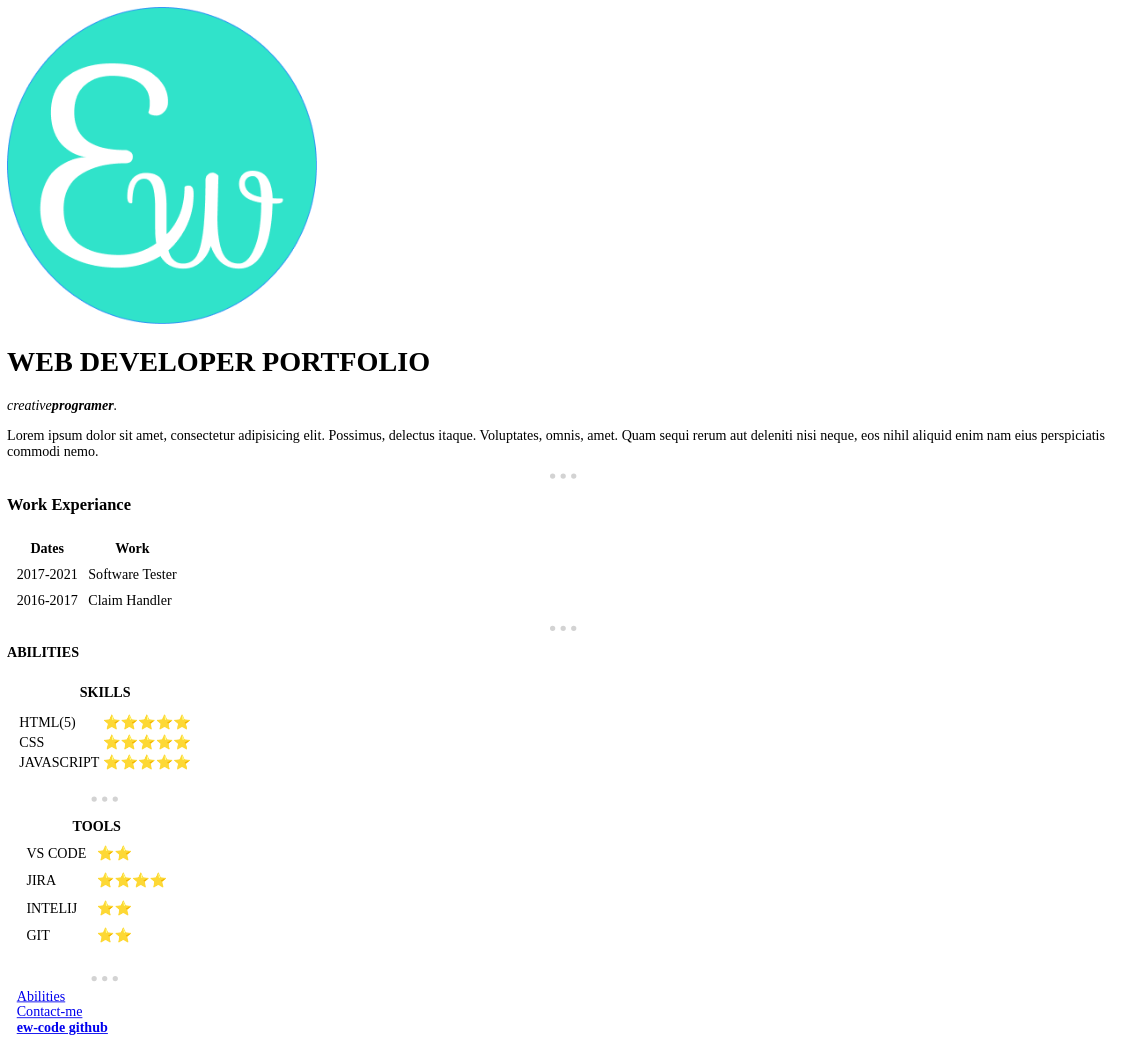
Repository: ew-code/Web-Development
Page: HTML - Personal Site/index.html
The author's editor kept a copy of each file at every save. The page is drawn from the files as they stood at one save, then again after a run of saves.
The browser window is 1280 px wide. The pictures show the whole page, at 88% of full size.

Above is the page before, as saved 2021-01-06 21:27:08.

After the next 3 saves:
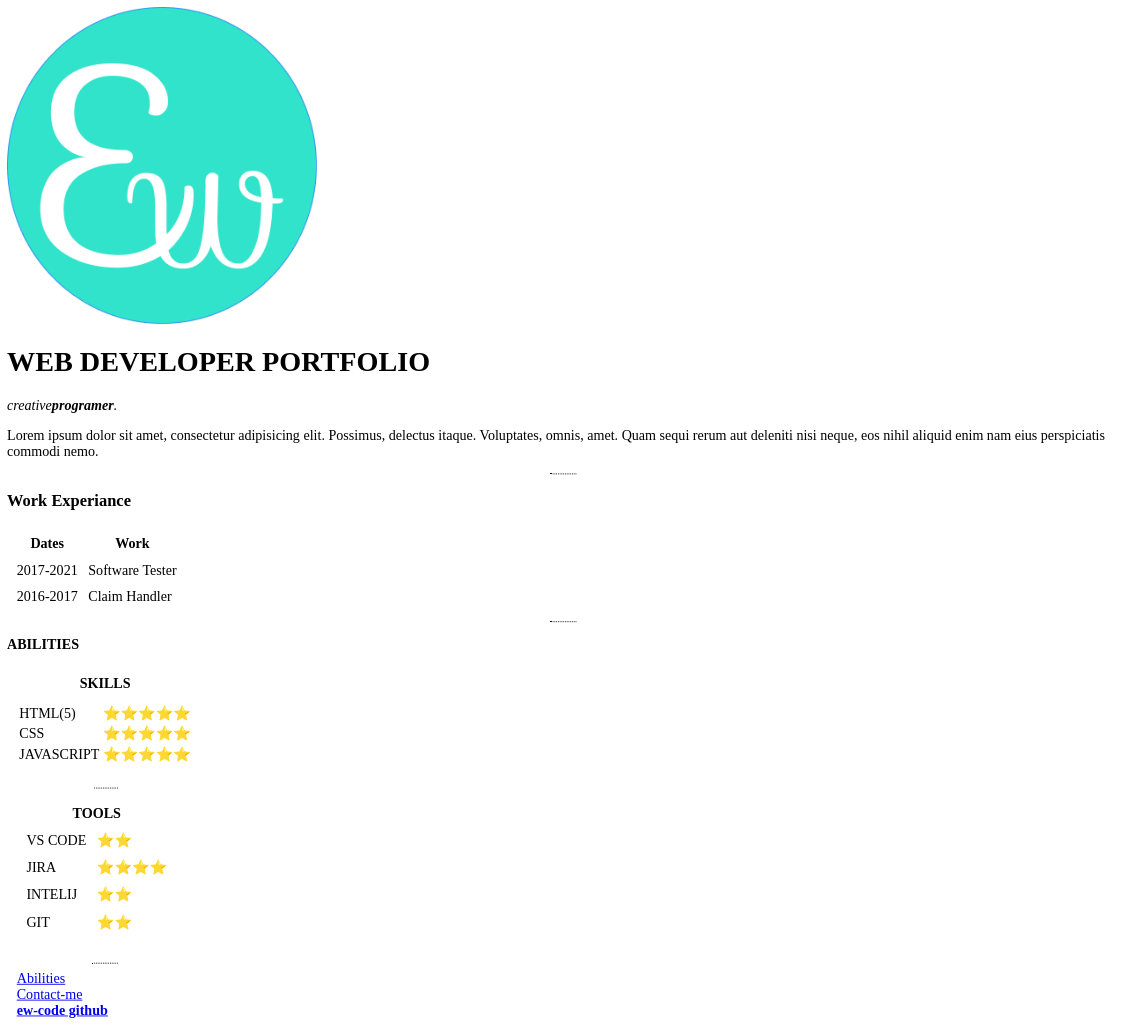
The 3 saves are shown as one change because they came seconds apart.
The last was saved 8 s later.
--- a/HTML - Personal Site/index.html
+++ b/HTML - Personal Site/index.html
@@ -8,7 +8,7 @@
    }
 
    hr {
-    align-content: center;
+    align
     border-top: 6px dotted lightgray;
     width: 30px;
     border-style: none;

After the save that followed:
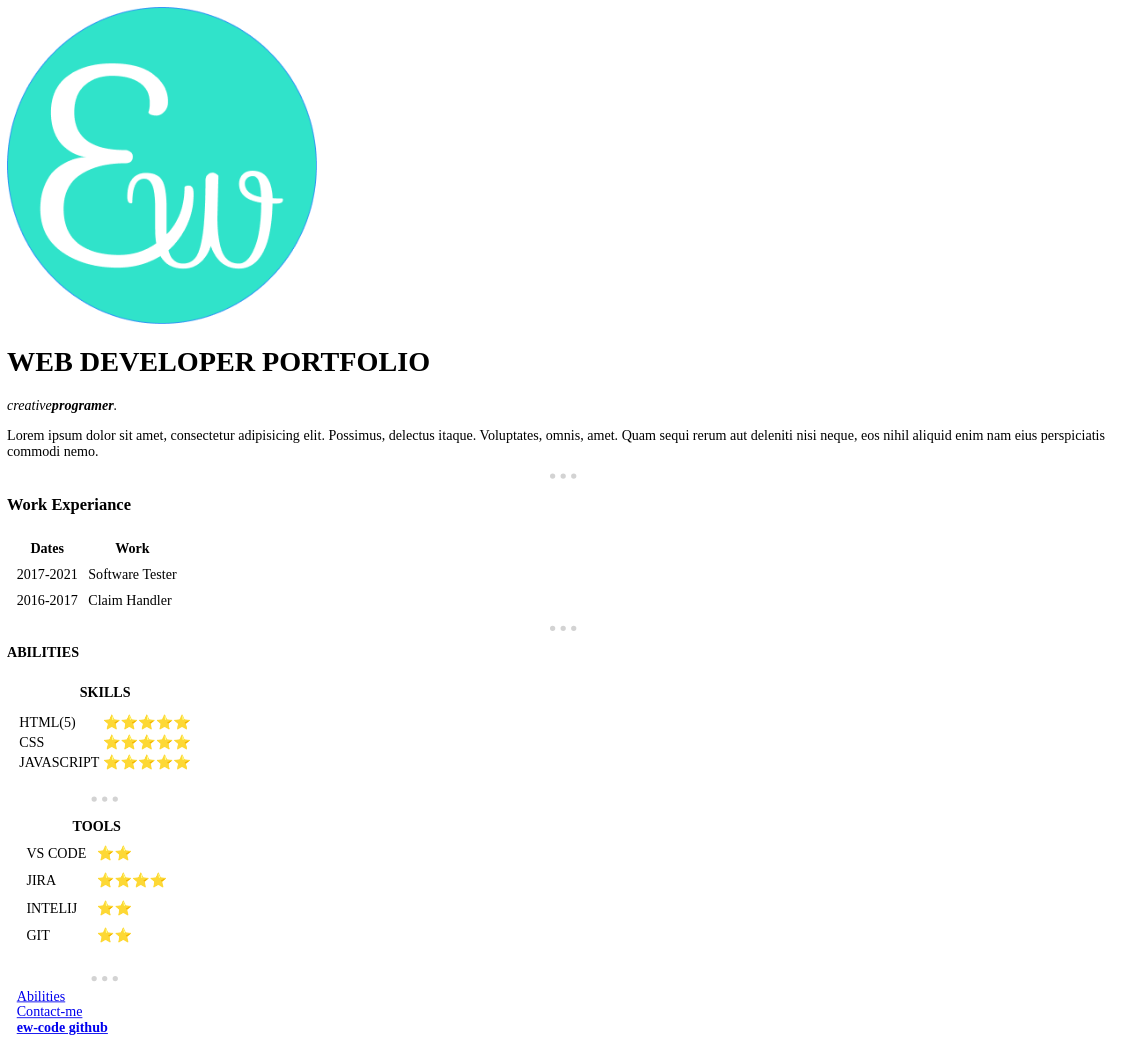
Saved 5 s later.
--- a/HTML - Personal Site/index.html
+++ b/HTML - Personal Site/index.html
@@ -8,7 +8,6 @@
    }
 
    hr {
-    align
     border-top: 6px dotted lightgray;
     width: 30px;
     border-style: none;
